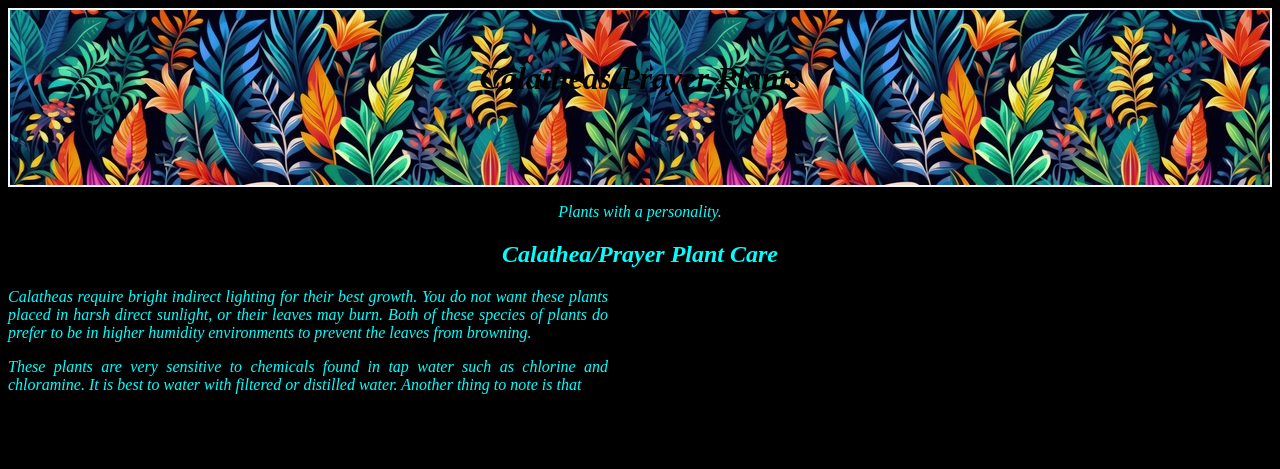
Repository: swillis91/odin-recipies
Page: Planty Page/calatheas.html
The author's editor kept a copy of each file at every save. The page is drawn from the files as they stood at one save, then again after the next save.
The browser window is 1280 px wide. The pictures show the whole page.

Above is the page before, as saved 2023-08-09 23:59:15.

### Planty Page/calatheas.html
<!DOCTYPE html>
    <html>
        <head>
            <title>Calatheas</title>
            <link href="style.css" rel="stylesheet"
        </head>
        <body>
            <h1 class="heading">Calatheas/Prayer Plants</h1>
              <p>Plants with a personality.</p>
            <h2>Calathea/Prayer Plant Care</h2>
              <p class="care">Calatheas require bright indirect lighting for their best growth. You do not want these plants placed in harsh direct sunlight, or their leaves may burn. Both of these species of plants do prefer to be in higher humidity environments to prevent the leaves from browning.</p>
              <p class="care">These plants are very sensitive to chemicals found in tap water such as chlorine and chloramine. It is best to water with filtered or distilled water. Another thing to note is that </p>
        </body>
    </html>

### Planty Page/style.css
body{
    background-color: black;
    color:aqua;
    text-align: center;
    font-family:cursive;
    font-style: oblique;
}

.heading{
    color: rgba(0, 0, 0, 0.974);
    border: 2px solid rgb(244, 247, 247);
    background-image: url('Images/banner.jpg');
    height: 75px;
    margin: 0 auto;
    padding:50px 20px;

}

.care{
    text-align: justify;
    width: 600px;

}

After the next save:
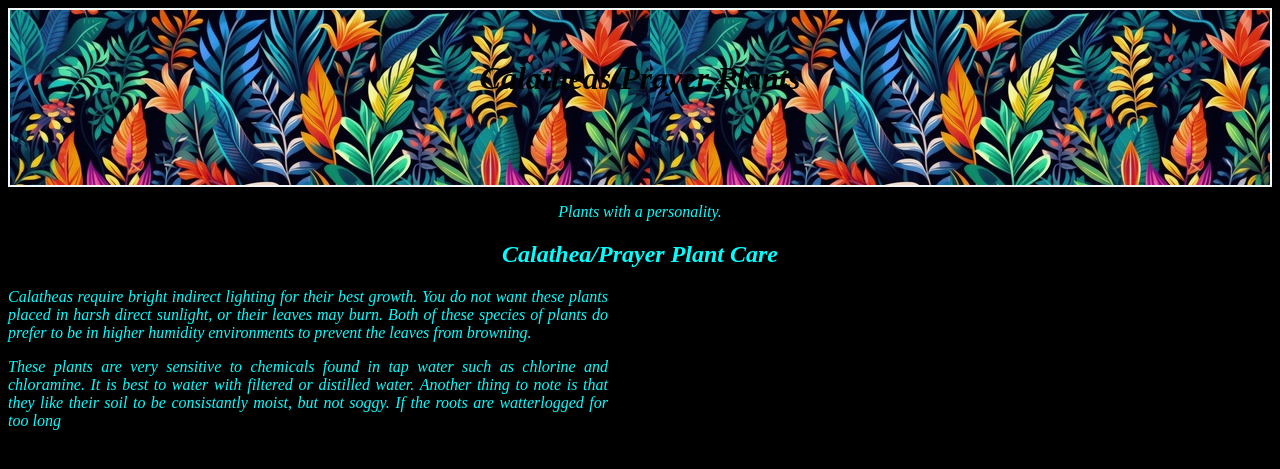
Saved 58 s later.
--- a/Planty Page/calatheas.html
+++ b/Planty Page/calatheas.html
@@ -9,6 +9,6 @@
               <p>Plants with a personality.</p>
             <h2>Calathea/Prayer Plant Care</h2>
               <p class="care">Calatheas require bright indirect lighting for their best growth. You do not want these plants placed in harsh direct sunlight, or their leaves may burn. Both of these species of plants do prefer to be in higher humidity environments to prevent the leaves from browning.</p>
-              <p class="care">These plants are very sensitive to chemicals found in tap water such as chlorine and chloramine. It is best to water with filtered or distilled water. Another thing to note is that </p>
+              <p class="care">These plants are very sensitive to chemicals found in tap water such as chlorine and chloramine. It is best to water with filtered or distilled water. Another thing to note is that they like their soil to be consistantly moist, but <em>not</em> soggy. If the roots are watterlogged for too long</p>
         </body>
     </html>
